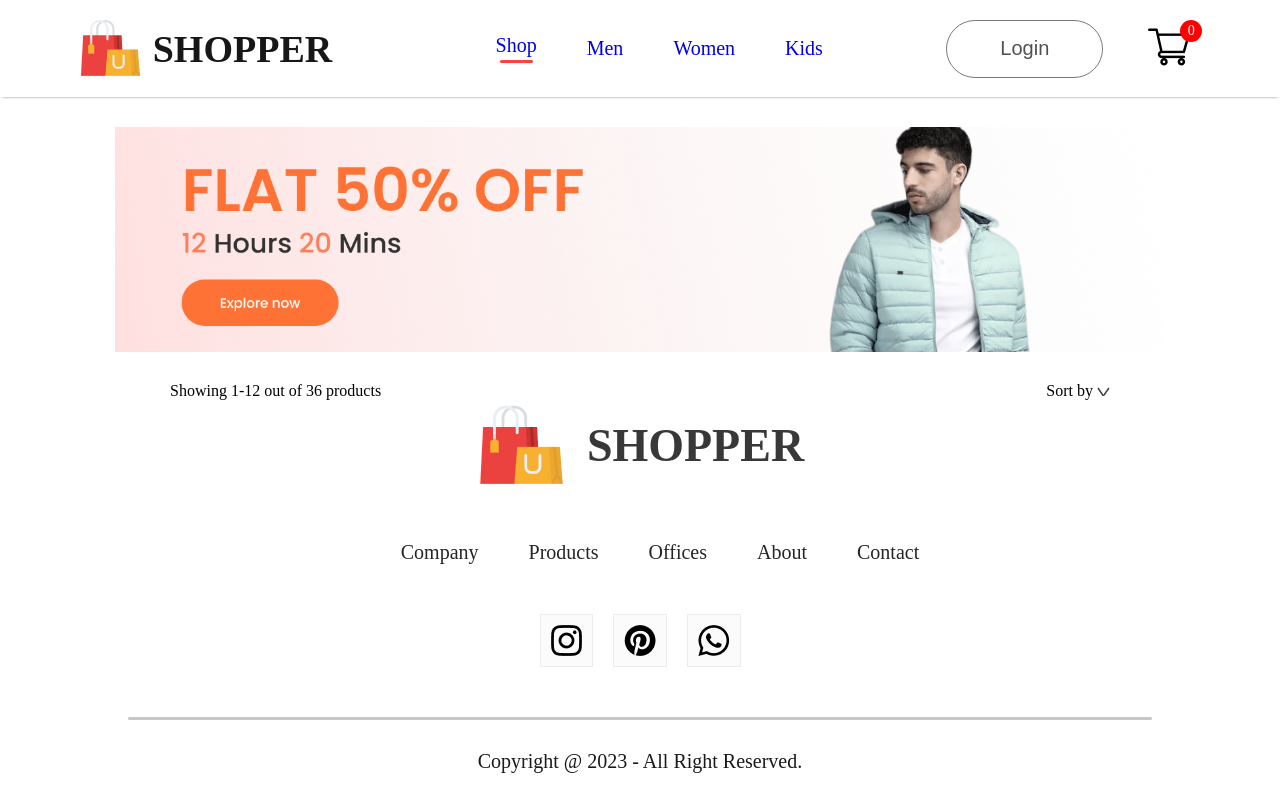
Repository: Ego-Wolf/Deploy-Reactjs-Websites
Page: /mens
The author's editor kept a copy of each file at every save. The page is drawn from the files as they stood at one save, then again after the next save.
The browser window is 1280 px wide. The pictures show the whole page.
The project was rebuilt for these pictures with package versions that can differ from the ones it lists, and the page was loaded fresh each time. Also part of the build but not shown: src/App.css, src/Components/Hero/Hero.css, src/Components/Hero/Hero.jsx, src/Components/Popular/Popular.css, src/Components/Assets/data.js, src/Components/Item/Item.css, src/Components/Item/Item.jsx, src/Components/Popular/Popular.jsx and 10 more. Imported but missing from the stored project, and not drawn on this page: src/Pages/Cart.

Above is the page before, as saved 2023-11-17 23:24:53.

### public/index.html
<!DOCTYPE html>
<html lang="en">
  <head>
    <meta charset="utf-8" />
    <link rel="icon" href="%PUBLIC_URL%/favicon.ico" />
    <meta name="viewport" content="width=device-width, initial-scale=1" />
    <meta name="theme-color" content="#000000" />
    <meta
      name="description"
      content="Web site created using create-react-app"
    />
    <link rel="apple-touch-icon" href="%PUBLIC_URL%/logo192.png" />
    <!--
      manifest.json provides metadata used when your web app is installed on a
      user's mobile device or desktop. See https://developers.google.com/web/fundamentals/web-app-manifest/
    -->
    <link rel="manifest" href="%PUBLIC_URL%/manifest.json" />

    <!--
      Notice the use of %PUBLIC_URL% in the tags above.
      It will be replaced with the URL of the `public` folder during the build.
      Only files inside the `public` folder can be referenced from the HTML.

      Unlike "/favicon.ico" or "favicon.ico", "%PUBLIC_URL%/favicon.ico" will
      work correctly both with client-side routing and a non-root public URL.
      Learn how to configure a non-root public URL by running `npm run build`.
    -->
    <title>E-Commerce</title>
  </head>
  <body>
    <noscript>You need to enable JavaScript to run this app.</noscript>
    <div id="root"></div>
    <!--
      This HTML file is a template.
      If you open it directly in the browser, you will see an empty page.

      You can add webfonts, meta tags, or analytics to this file.
      The build step will place the bundled scripts into the <body> tag.

      To begin the development, run `npm start` or `yarn start`.
      To create a production bundle, use `npm run build` or `yarn build`.
    -->
  </body>
</html>

### src/index.js
import React from 'react';
import ReactDOM from 'react-dom/client';
import './index.css';
import App from './App';
import reportWebVitals from './reportWebVitals';
import ShopContextProvider from './Context/ShopContext'

const root = ReactDOM.createRoot(document.getElementById('root'));
root.render(
  <ShopContextProvider>
    <App />
  </ShopContextProvider>
);

// If you want to start measuring performance in your app, pass a function
// to log results (for example: reportWebVitals(console.log))
// or send to an analytics endpoint. Learn more: https://bit.ly/CRA-vitals
reportWebVitals();

### src/App.js
import './App.css';
import { Navbar } from './Components/Navbar/Navbar';
import { BrowserRouter, Routes, Route } from 'react-router-dom';
import Shop from './Pages/Shop';
import ShopCategory  from './Pages/ShopCategory';
import Product from './Pages/Product';
import Cart from './Pages/Cart';
import LoginSignup from './Pages/LoginSignup';
import Footer from './Components/Footer/Footer';
import men_banner from './Components/Assets/banner_mens.png'
import women_banner from './Components/Assets/banner_women.png'
import kid_banner from './Components/Assets/banner_kids.png'


function App() {
  return (
    <div>
      <BrowserRouter>
      <Navbar/>
      <Routes>
        <Route path='/' element={<Shop/>}/>
        <Route path='/mens' element={<ShopCategory banner={men_banner} category="mens"/>}/>
        <Route path='/womens' element={<ShopCategory banner={women_banner}  category="women"/>}/>
        <Route path='/kids' element={<ShopCategory banner={kid_banner} category="kids"/>}/>
        <Route path="product" element={<Product/>}>
          <Route path='"productId' element={<Product/>}/>
        </Route>
        <Route path='/cart' element={<Cart/>}/>
        <Route path='/login' element={<LoginSignup/>}/>
      </Routes>
      <Footer/>
      </BrowserRouter>
    </div>
  );
}

export default App;

### src/Context/ShopContext.jsx
import React, {createContext} from 'react';
import all_product from '../Components/Assets/all_product';

export const ShopContext = createContext(null);

const ShopContextProvider = (props)=>{
    const contextValue = {all_product};

    return (
        <ShopContext.Provider value={contextValue}>
            {props.children}
        </ShopContext.Provider>
    )
}

export default ShopContextProvider;

### src/Components/Navbar/Navbar.jsx
import React, {useState} from 'react'
import './Navbar.css'
import logo from '../Assets/logo.png'
import cart_icon from '../Assets/cart_icon.png'
import { Link } from 'react-router-dom'

export const Navbar = () => {
    const [menu,setMenu] = useState("shop");

  return (
    <div className='navbar'>
        <div className="nav-logo">
            <img src={logo} alt="" />
            <p>SHOPPER</p>
        </div>
        <ul className="nav-menu">
            <li onClick={()=>{setMenu("shop")}}><Link style={{textDecoration: 'none'}} to='/'>Shop</Link>{menu==="shop"?<hr/>:<></>}</li>
            <li onClick={()=>{setMenu("mens")}}><Link style={{textDecoration: 'none'}} to='/mens'>Men</Link>{menu==="mens"?<hr/>:<></>}</li>
            <li onClick={()=>{setMenu("womens")}}><Link style={{textDecoration: 'none'}} to='/womens'>Women</Link>{menu==="womens"?<hr/>:<></>}</li>
            <li onClick={()=>{setMenu("kids")}}><Link style={{textDecoration: 'none'}} to='/kids'>Kids</Link>{menu==="kids"?<hr/>:<></>}</li>
        </ul>
        <div className="nav-login-cart">
            <Link to='/login'><button>Login</button></Link>
            <Link to='/cart'><img src={cart_icon} alt="" /></Link>
            <div className="nav-cart-count">0</div>
        </div>
    </div>
  )
}

### src/Pages/ShopCategory.jsx
import React, { useContext} from 'react'
import './CSS/ShopCategory.css'
import { ShopContext } from '../Context/ShopContext'
import dropdown_icon from "../Components/Assets/dropdown_icon.png"
import Item from '../Components/Item/Item'



const ShopCategory = (props) => {
  const {all_product} = useContext(ShopContext);
  return (
    <div className='shop-category'>
      <img className='shopcategory-banner' src={props.banner} alt="" />
      <div className="shopcategory-indexSort">
        <p>
          <span>Showing 1-12</span> out of 36 products
        </p>
        <div className="shopcategory-sort">
          Sort by <img src={dropdown_icon} alt="" />
        </div>
      </div>
      <div className="shopcategory-products">
        {all_product.map((item, i)=>{
          if (props.category===item.category) {
            return <Item key={i} id={item.id} name={item.name} image={item.image} new_price={item.new_price} old_price={item.old_price} />
          }
          else {
            return null;
          }
        })}
      </div>
    </div>
  )
}

export default ShopCategory

### src/Components/Footer/Footer.jsx
import React from 'react'
import './Footer.css'
import footer_logo from '../Assets/logo_big.png'
import instagram_icon from '../Assets/instagram_icon.png'
import pintester_icon from '../Assets/pintester_icon.png'
import whatsapp_icon from '../Assets/whatsapp_icon.png'


const Footer = () => {
  return (
    <div className='footer'>
        <div className="footer-logo">
            <img src={footer_logo} alt="" />
            <p>SHOPPER</p>
        </div>
        <ul className="footer-links">
            <li>Company</li>
            <li>Products</li>
            <li>Offices</li>
            <li>About</li>
            <li>Contact</li>
        </ul>
        <div className="footer-social-icon">
            <div className="footer-icons-container">
                <img src={instagram_icon} alt="" />
            </div>
            <div className="footer-icons-container">
                <img src={pintester_icon} alt="" />
            </div>
            <div className="footer-icons-container">
                <img src={whatsapp_icon} alt="" />
            </div>
        </div>

        <div className="footer-copyright">
            <hr />
            <p>Copyright @ 2023 - All Right Reserved.</p>
        </div>
    </div>
  )
}

export default Footer

### src/Components/Assets/all_product.js
import p1_img from "./product_1.png";
import p2_img from "./product_2.png";
import p3_img from "./product_3.png";
import p4_img from "./product_4.png";
import p5_img from "./product_5.png";
import p6_img from "./product_6.png";
import p7_img from "./product_7.png";
import p8_img from "./product_8.png";
import p9_img from "./product_9.png";
import p10_img from "./product_10.png";
import p11_img from "./product_11.png";
import p12_img from "./product_12.png";
import p13_img from "./product_13.png";
import p14_img from "./product_14.png";
import p15_img from "./product_15.png";
import p16_img from "./product_16.png";
import p17_img from "./product_17.png";
import p18_img from "./product_18.png";
import p19_img from "./product_19.png";
import p20_img from "./product_20.png";
import p21_img from "./product_21.png";
import p22_img from "./product_22.png";
import p23_img from "./product_23.png";
import p24_img from "./product_24.png";
import p25_img from "./product_25.png";
import p26_img from "./product_26.png";
import p27_img from "./product_27.png";
import p28_img from "./product_28.png";
import p29_img from "./product_29.png";
import p30_img from "./product_30.png";
import p31_img from "./product_31.png";
import p32_img from "./product_32.png";
import p33_img from "./product_33.png";
import p34_img from "./product_34.png";
import p35_img from "./product_35.png";
import p36_img from "./product_36.png";

let all_product = [
  {
    id: 1,
    name: "Striped Flutter Sleeve Overlap Collar Peplum Hem Blouse",
    category: "women",
    image: p1_img,
    new_price: 50.0,
    old_price: 80.5,
  },
  {
    id: 2,
    name: "Striped Flutter Sleeve Overlap Collar Peplum Hem Blouse",
    category: "women",
    image: p2_img,
    new_price: 85.0,
    old_price: 120.5,
  },
  {
    id: 3,
    name: "Striped Flutter Sleeve Overlap Collar Peplum Hem Blouse",
    category: "women",
    image: p3_img,
    new_price: 60.0,
    old_price: 100.5,
  },
  {
    id: 4,
    name: "Striped Flutter Sleeve Overlap Collar Peplum Hem Blouse",
    category: "women",
    image: p4_img,
    new_price: 100.0,
    old_price: 150.0,
  },
  {
    id: 5,
    name: "Striped Flutter Sleeve Overlap Collar Peplum Hem Blouse",
    category: "women",
    image: p5_img,
    new_price: 85.0,
    old_price: 120.5,
  },
  {
    id: 6,
    name: "Striped Flutter Sleeve Overlap Collar Peplum Hem Blouse",
    category: "women",
    image: p6_img,
    new_price: 85.0,
    old_price: 120.5,
  },
  {
    id: 7,
    name: "Striped Flutter Sleeve Overlap Collar Peplum Hem Blouse",
    category: "women",
    image: p7_img,
    new_price: 85.0,
    old_price: 120.5,
  },
  {
    id: 8,
    name: "Striped Flutter Sleeve Overlap Collar Peplum Hem Blouse",
    category: "women",
    image: p8_img,
    new_price: 85.0,
    old_price: 120.5,
  },
  {
    id: 9,
    name: "Striped Flutter Sleeve Overlap Collar Peplum Hem Blouse",
    category: "women",
    image: p9_img,
    new_price: 85.0,
    old_price: 120.5,
  },
  {
    id: 10,
    name: "Striped Flutter Sleeve Overlap Collar Peplum Hem Blouse",
    category: "women",
    image: p10_img,
    new_price: 85.0,
    old_price: 120.5,
  },
  {
    id: 11,
    name: "Striped Flutter Sleeve Overlap Collar Peplum Hem Blouse",
    category: "women",
    image: p11_img,
    new_price: 85.0,
    old_price: 120.5,
  },
  {
    id: 12,
    name: "Striped Flutter Sleeve Overlap Collar Peplum Hem Blouse",
    category: "women",
    image: p12_img,
    new_price: 85.0,
    old_price: 120.5,
  },
  {
    id: 13,
    name: "Men Green Solid Zippered Full-Zip Slim Fit Bomber Jacket",
    category: "men",
    image: p13_img,
    new_price: 85.0,
    old_price: 120.5,
  },
  {
    id: 14,
    name: "Men Green Solid Zippered Full-Zip Slim Fit Bomber Jacket",
    category: "men",
    image: p14_img,
    new_price: 85.0,
    old_price: 120.5,
  },
  {
    id: 15,
    name: "Men Green Solid Zippered Full-Zip Slim Fit Bomber Jacket",
    category: "men",
    image: p15_img,
    new_price: 85.0,
    old_price: 120.5,
  },
  {
    id: 16,
    name: "Men Green Solid Zippered Full-Zip Slim Fit Bomber Jacket",
    category: "men",
    image: p16_img,
    new_price: 85.0,
    old_price: 120.5,
  },
  {
    id: 17,
    name: "Men Green Solid Zippered Full-Zip Slim Fit Bomber Jacket",
    category: "men",
    image: p17_img,
    new_price: 85.0,
    old_price: 120.5,
  },
  {
    id: 18,
    name: "Men Green Solid Zippered Full-Zip Slim Fit Bomber Jacket",
    category: "men",
    image: p18_img,
    new_price: 85.0,
    old_price: 120.5,
  },
  {
    id: 19,
    name: "Men Green Solid Zippered Full-Zip Slim Fit Bomber Jacket",
    category: "men",
    image: p19_img,
    new_price: 85.0,
    old_price: 120.5,
  },
  {
    id: 20,
    name: "Men Green Solid Zippered Full-Zip Slim Fit Bomber Jacket",
    category: "men",
    image: p20_img,
    new_price: 85.0,
    old_price: 120.5,
  },
  {
    id: 21,
    name: "Men Green Solid Zippered Full-Zip Slim Fit Bomber Jacket",
    category: "men",
    image: p21_img,
    new_price: 85.0,
    old_price: 120.5,
  },
  {
    id: 22,
    name: "Men Green Solid Zippered Full-Zip Slim Fit Bomber Jacket",
    category: "men",
    image: p22_img,
    new_price: 85.0,
    old_price: 120.5,
  },
  {
    id: 23,
    name: "Men Green Solid Zippered Full-Zip Slim Fit Bomber Jacket",
    category: "men",
    image: p23_img,
    new_price: 85.0,
    old_price: 120.5,
  },
  {
    id: 24,
    name: "Men Green Solid Zippered Full-Zip Slim Fit Bomber Jacket",
    category: "men",
    image: p24_img,
    new_price: 85.0,
    old_price: 120.5,
  },
  {
    id: 25,
    name: "Boys Orange Colourblocked Hooded Sweatshirt",
    category: "kid",
    image: p25_img,
    new_price: 85.0,
    old_price: 120.5,
  },
  {
    id: 26,
    name: "Boys Orange Colourblocked Hooded Sweatshirt",
    category: "kid",
    image: p26_img,
    new_price: 85.0,
    old_price: 120.5,
  },
  {
    id: 27,
    name: "Boys Orange Colourblocked Hooded Sweatshirt",
    category: "kid",
    image: p27_img,
    new_price: 85.0,
    old_price: 120.5,
  },
  {
    id: 28,
    name: "Boys Orange Colourblocked Hooded Sweatshirt",
    category: "kid",
    image: p28_img,
    new_price: 85.0,
    old_price: 120.5,
  },
  {
    id: 29,
    name: "Boys Orange Colourblocked Hooded Sweatshirt",
    category: "kid",
    image: p29_img,
    new_price: 85.0,
    old_price: 120.5,
  },
  {
    id: 30,
    name: "Boys Orange Colourblocked Hooded Sweatshirt",
    category: "kid",
    image: p30_img,
    new_price: 85.0,
    old_price: 120.5,
  },
  {
    id: 31,
    name: "Boys Orange Colourblocked Hooded Sweatshirt",
    category: "kid",
    image: p31_img,
    new_price: 85.0,
    old_price: 120.5,
  },
  {
    id: 32,
    name: "Boys Orange Colourblocked Hooded Sweatshirt",
    category: "kid",
    image: p32_img,
    new_price: 85.0,
    old_price: 120.5,
  },
  {
    id: 33,
    name: "Boys Orange Colourblocked Hooded Sweatshirt",
    category: "kid",
    image: p33_img,
    new_price: 85.0,
    old_price: 120.5,
  },
  {
    id: 34,
    name: "Boys Orange Colourblocked Hooded Sweatshirt",
    category: "kid",
    image: p34_img,
    new_price: 85.0,
    old_price: 120.5,
  },
  {
    id: 35,
    name: "Boys Orange Colourblocked Hooded Sweatshirt",
    category: "kid",
    image: p35_img,
    new_price: 85.0,
    old_price: 120.5,
  },
  {
    id: 36,
    name: "Boys Orange Colourblocked Hooded Sweatshirt",
    category: "kid",
    image: p36_img,
    new_price: 85.0,
    old_price: 120.5,
  },
];

export default all_product;

### src/Components/Navbar/Navbar.css
.navbar {
    display: flex;
    justify-content: space-around;
    padding: 16px;
    box-shadow: 0 1px 3px -2px black;
}

.nav-logo {
    display: flex;
    align-items: center;
    gap: 10px;
}

.nav-logo p {
    color: #171717;
    font-size: 38px;
    font-weight: 600;
}

.nav-menu {
    display: flex;
    align-items: center;
    list-style: none;
    gap: 50px;
    color: #626262;
    font-size: 20px;
    font-weight: 500;
}

.nav-menu li {
    display: flex;
    flex-direction: column;
    align-items: center;
    justify-content: center;
    gap: 3px;
    cursor: pointer;
}

.nav-menu hr {
    border: none;
    width: 80%;
    height: 3px;
    border-radius: 10px;
    background: #ff4141;
}

.nav-login-cart {
    display: flex;
    align-items: center;
    gap: 45px;
}

.nav-login-cart button {
    width: 157px;
    height: 58px;
    outline: none;
    border: 1px solid #7a7a7a;
    border-radius: 75px;
    color: #515151;
    font-size: 20px;
    font-weight: 500;
    background: white;
    cursor: pointer;
}

.nav-login-cart button:active {
    background: #f3f3f3;
}

.nav-cart-count {
    width: 22px;
    height: 22px;
    display: flex;
    justify-content: center;
    align-items: center;
    margin-top: -35px;
    margin-left: -55px;
    border-radius: 11px;
    font-size: 14px;
    background: red;
    color: white;
}

### src/Pages/CSS/ShopCategory.css
.shopcategory-banner {
    display: block;
    margin: 30px auto;
    width: 82%;
}

.shopcategory-indexSort {
    display: flex;
    margin: 0 170px;
    justify-content: space-between;
    align-items: center;
}

.shopcategory-sort {}

### src/Components/Footer/Footer.css
.footer {
    display: flex;
    flex-direction: column;
    justify-content: center;
    align-items: center;
    gap: 50px;
}

.footer-logo {
    display: flex;
    align-items: center;
    gap: 20px;
}

.footer-logo p {
    color: #383838;
    font-size: 46px;
    font-weight: 700;
}

.footer-links {
    display: flex;
    list-style: none;
    gap: 50px;
    color: #252525;
    font-size: 20px;
}

.footer-links li {
    cursor: pointer;
}

.footer-social-icon {
    display: flex;
    gap: 20px;
}

.footer-icons-container {
    padding: 10px;
    padding-bottom: 6px;
    background: #fbfbfb;
    border: 1px solid #ebebeb;
}

.footer-copyright {
    display: flex;
    flex-direction: column;
    align-items: center;
    gap: 30px;
    width: 100%;
    margin-bottom: 30px;
    color: #1a1a1a;
    font-size: 20px;
}

.footer-copyright hr {
    width: 80%;
    border: none;
    border-radius: 10px;
    height: 3px;
    background: #c7c7c7;
}

Loaded but not shown: src/index.css (common file); src/reportWebVitals.js (common file)

After the next save:
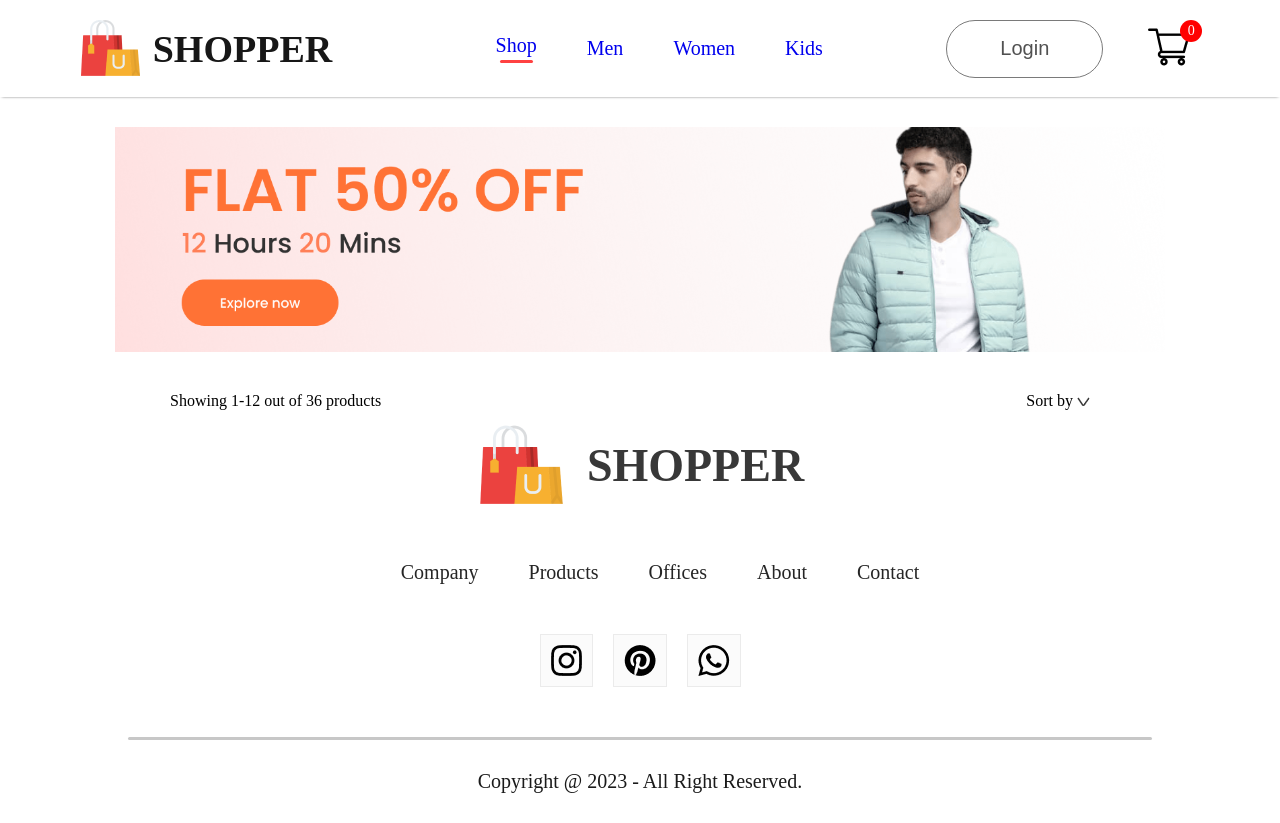
Saved 5 s later.
--- a/src/Pages/CSS/ShopCategory.css
+++ b/src/Pages/CSS/ShopCategory.css
@@ -11,4 +11,7 @@
     align-items: center;
 }
 
-.shopcategory-sort {}
+.shopcategory-sort {
+    padding: 10px 20px;
+
+}
